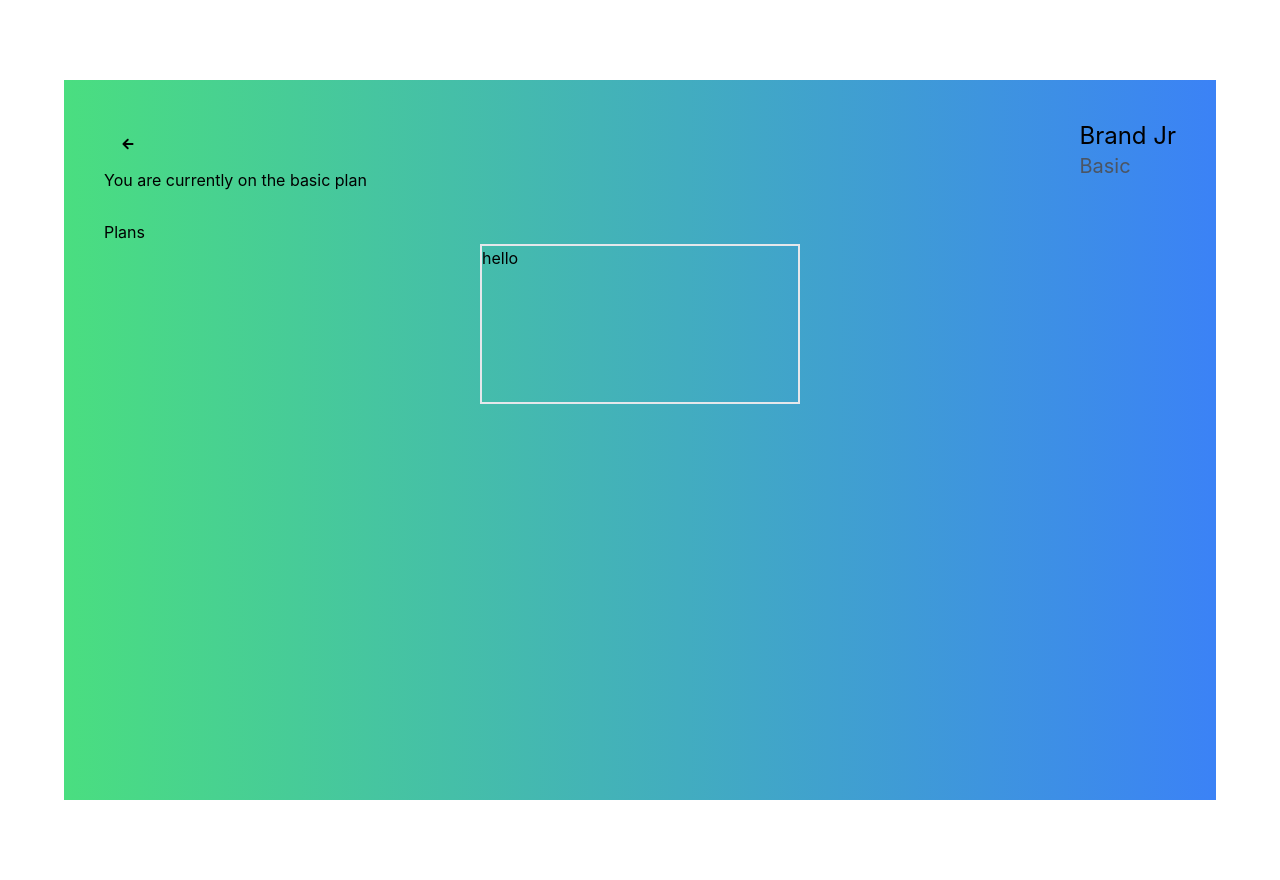
Repository: brandford7/music-player
Page: /subscription
The author's editor kept a copy of each file at every save. The page is drawn from the files as they stood at one save, then again after a run of saves.
The browser window is 1280 px wide. The pictures show the whole page.
The project was rebuilt for these pictures with package versions that can differ from the ones it lists, and the page was loaded fresh each time. The framework's server and built-in components were replaced by stand-ins that run in the browser. Also part of the build but not shown: next.config.js, components/Sidebar.jsx, components/MusicButton.jsx, components/MusicCard.jsx, components/SongList.jsx, components/PlaylistComponent.jsx, components/LibraryComponent.jsx.

Above is the page before, as saved 2022-11-19 21:34:10.

After the next 2 saves:
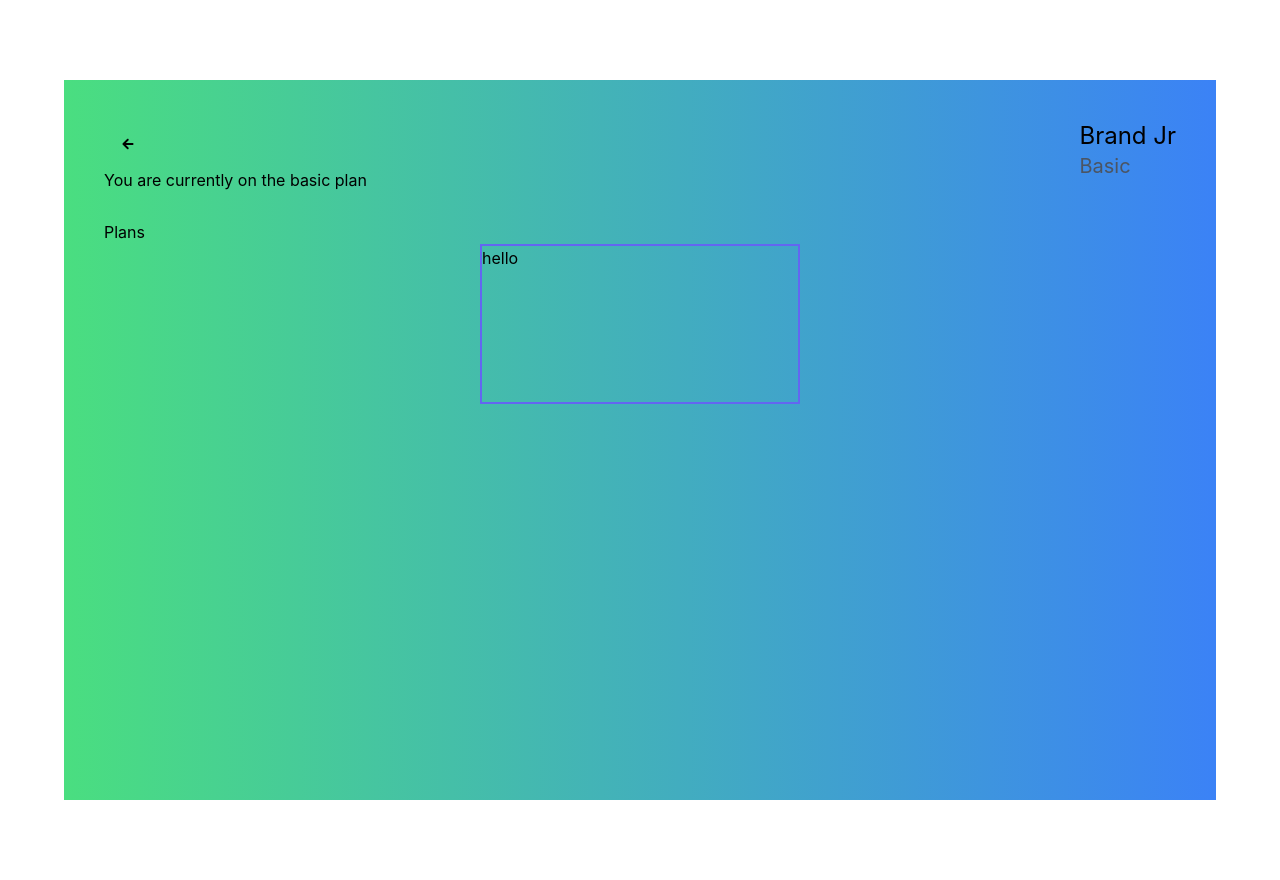
The 2 saves are shown as one change because they came seconds apart.
The last was saved 7 s later.
--- a/components/Card.jsx
+++ b/components/Card.jsx
@@ -1,7 +1,7 @@
 import React from 'react'
 
 const Card = () => {
-  return <div className="flex mx-auto h-40 w-80 border-2 border-ini ">hello</div>;
+  return <div className="flex mx-auto h-40 w-80 border-2 border-indigo-500 ">hello</div>;
 }
 
 export default Card
